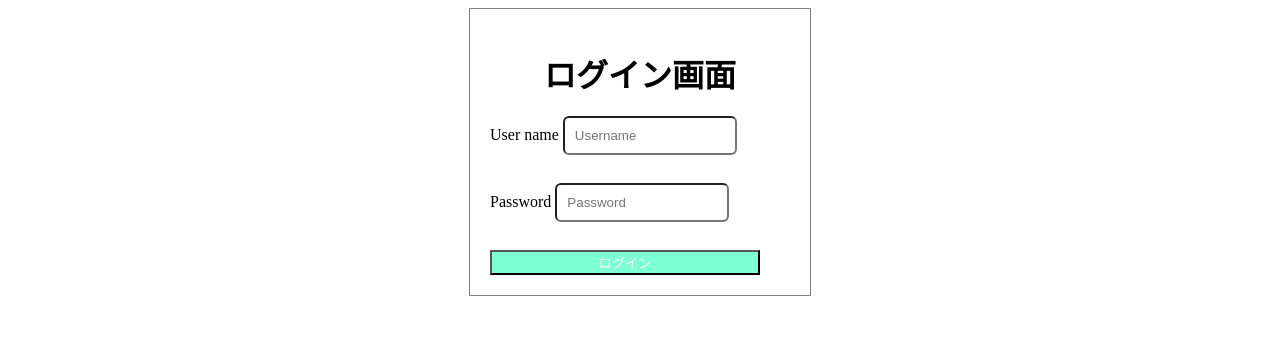
Repository: Jutta197/frontend726
Page: css_ex/login/login.html
An editor plug-in stored every save of this project. The page is shown before and after the next save, followed by the edit.
The browser window is 1280 px wide. The pictures show the whole page.

Above is the page before, as saved 2023-07-31 09:48:07.

### css_ex/login/login.html
<!DOCTYPE html>
<html lang="en">

<head>
    <meta charset="UTF-8">
    <meta name="viewport" content="width=device-width, initial-scale=1.0">
    <title>LOGIN</title>
    <link rel="stylesheet" href="style.css">
</head>

<body>
    <div class="container">
        <form action="" method="post">
            <h1>ログイン画面</h1>
            <label for="username">User name</label>
            <input type="text" id="username" name="username" placeholder="Username" required><br><br>
            <label for="password">Password</label>
            <input type="password" id="password" name="password" placeholder="Password"><br><br>
            <input type="submit" value="ログイン" id="submit-button">
        </form>
    </div>

</body>

</html>

### css_ex/login/style.css
.container {
    width: 300px;
    border: 1px solid gray;
    padding: 20px;
    margin: 0 auto;
}

h1 {
    text-align: center;
    margin-bottom: 20px;
}

#username,
#password {
    width: 150px;
    padding: 10px;
    border-radius: 6px;
    margin-bottom: 10px;
}

#submit-button {
    background-color: aquamarine;
    color: aliceblue;
    width: 90%;
}


/* div {
    text-align: center;
    border-style: dashed solid dotted;
    border-width: 7px;
    border-color: aquamarine;
    border-radius: 10px;
    padding: 20px 10px;
    background-color: azure;
    margin: 50px 50px;

} */

After the next save:
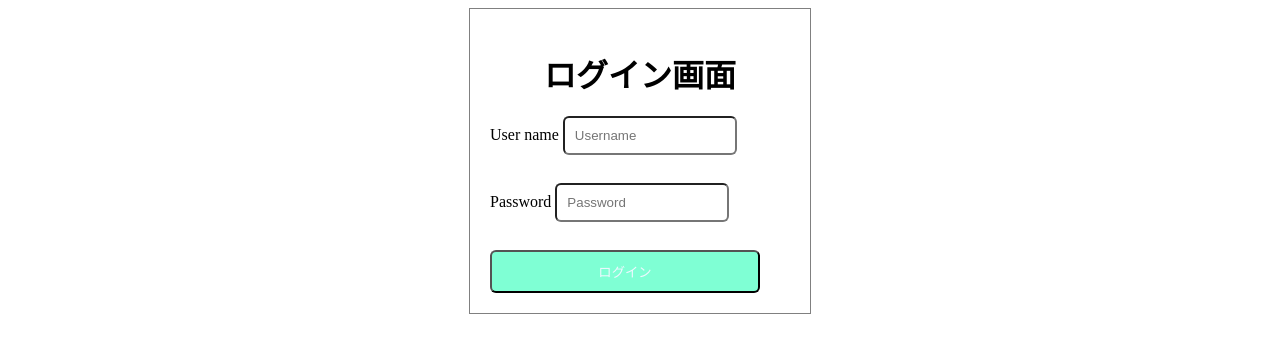
Saved 43 s later.
--- a/css_ex/login/style.css
+++ b/css_ex/login/style.css
@@ -22,6 +22,8 @@ h1 {
     background-color: aquamarine;
     color: aliceblue;
     width: 90%;
+    padding: 10px;
+    border-radius: 6px;
 }
 
 
